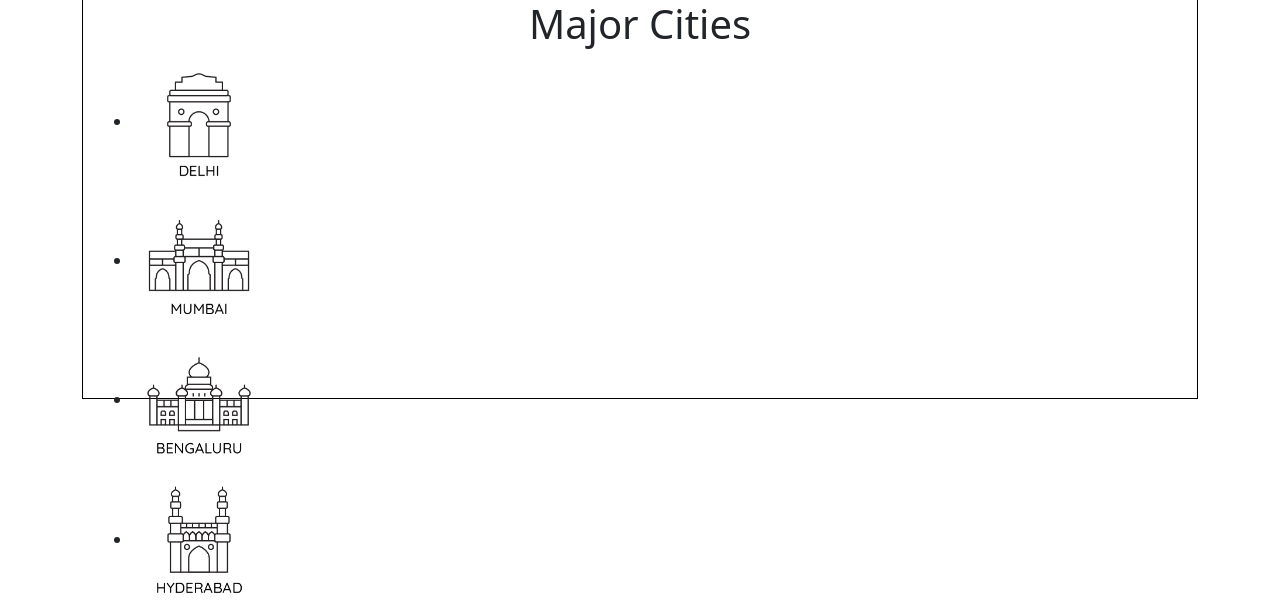
Repository: AishwaryaPandey987/PGLife
Page: home.html
These files come from the project's save history. The page is drawn as it stood at one moment and after the next save; the edit follows.
The browser window is 1280 px wide. The pictures show the part of the page from y = 451 to 1058 px (the page is 1058 px tall before and 850 px after).

Above is the page before, as saved 2022-10-29 21:44:39.

After the next save:
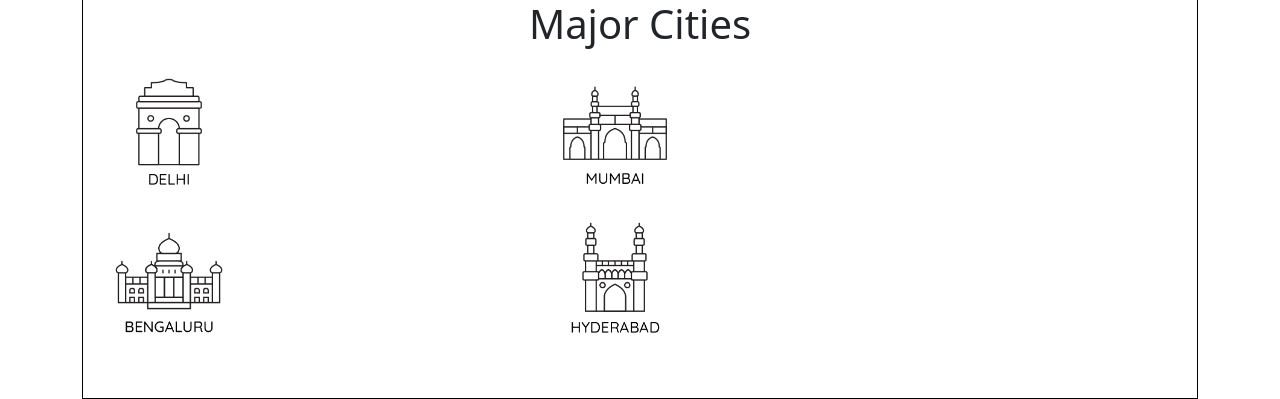
Saved 106 s later.
--- a/home.html
+++ b/home.html
@@ -29,7 +29,7 @@
       <div class="scroll">
       <div class="container">
         <h1>Major Cities</h1>
-        <ul class="cities">
+        <ul class="nav navbar-nav">
           <li class="city"><img src="img/delhi.png" alt=""></li>
           <li class="city"><img src="img/mumbai.png" alt=""></li>
           <li class="city"><img src="img/bangalore.png" alt=""></li>
